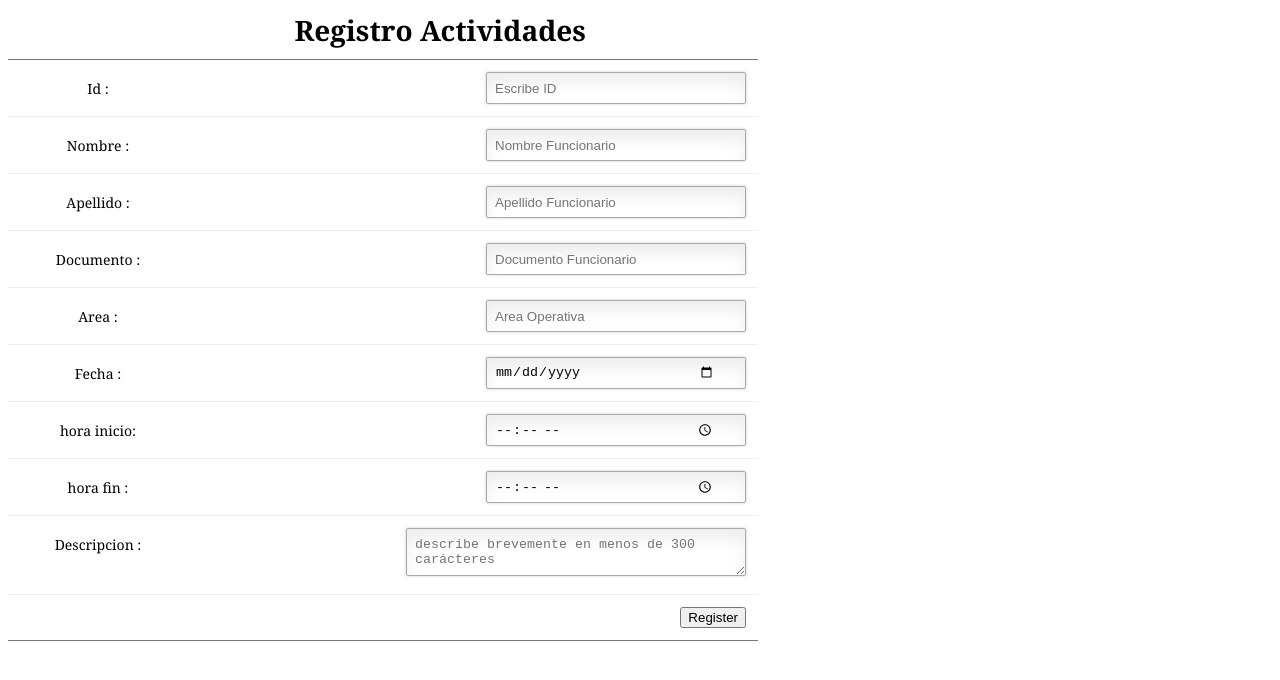
Repository: Yale2024/repo-registro-act
Page: templates/register.html
These files come from the project's save history. The page is drawn as it stood at one moment and after the next save; the edit follows.
The browser window is 1280 px wide. The pictures show the whole page.

Above is the page before, as saved 2024-09-15 09:03:16.

After the next save:
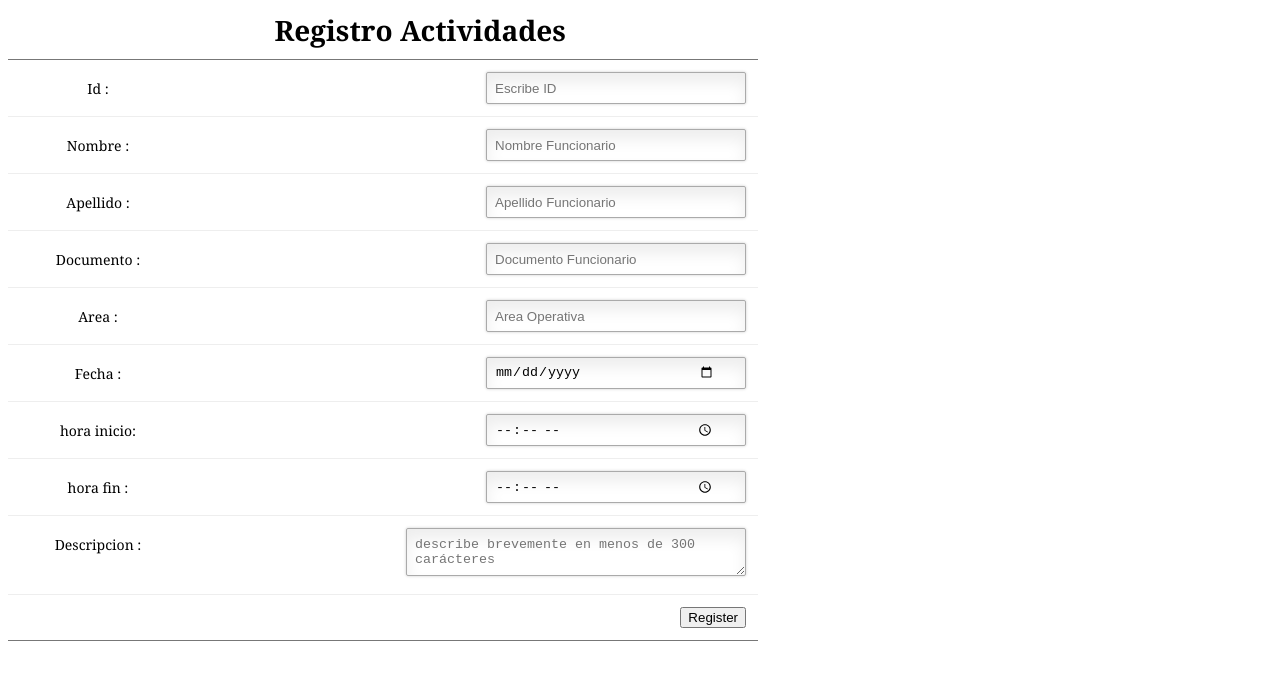
Saved 20 s later.
--- a/static/css/styleRegister.css
+++ b/static/css/styleRegister.css
@@ -25,7 +25,7 @@ body {
 .contact_form h1, .contact_form label {
     font-family: Georgia, Times, "Times New Roman", serif;
     margin: 0px;
-    padding: 160px;
+    padding: 180px;
     text-align: center;
 }
 
